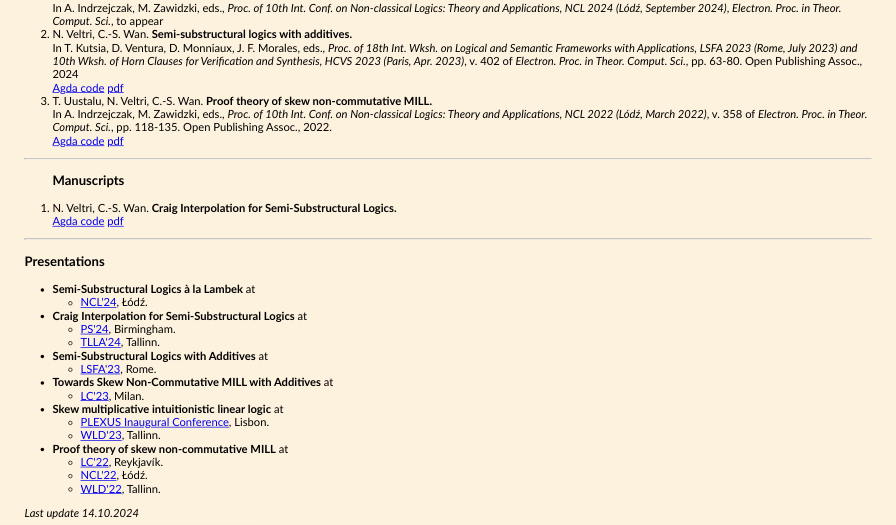
Repository: cswphilo/cswphilo.github.io
Page: index.html
An editor plug-in stored every save of this project. The page is shown before and after the next save, followed by the edit.
The browser window is 1280 px wide. The pictures show the part of the page from y = 784 to 2704 px (the page is 1534 px tall before and 3059 px after), at 70% of full size.

Above is the page before, as saved 2024-10-14 09:02:26.

### index.html
<!DOCTYPE html>

<head>
    <link rel="preconnect" href="https://fonts.googleapis.com">
    <link rel="preconnect" href="https://fonts.gstatic.com" crossorigin>
    <link href="https://fonts.googleapis.com/css2?family=Noto+Sans+Mono&display=swap" rel="stylesheet">
    <style type ="text/css">
        body {
            background-color: #fdf2de;
            font-family: 'Gill Sans', 'Gill Sans MT', Calibri, 'Trebuchet MS', sans-serif, 'Noto Sans Mono';
            font-size: medium;
            margin-left: 35px;
            margin-right: 35px;
        }
        p {
            color:#000000;
        }
    </style>
    <title> Cheng-Syuan Wan </title>
</head>
<body>
    <div><h1><p>Cheng-Syuan Wan</p></h1>
        <img src="avatar3.png" style="width:15%;height:15%;">
    </div>
    <hr/>
    <div>
        I am a PhD student in the <a href="https://cs.ioc.ee/lsg/">Logic and Semantics Group</a> at <a href="https://taltech.ee/en/">Tallinn University of Technology</a>.
        <br/>
        My supervisors are <a href="https://cs.ioc.ee/~tarmo/">Tarmo Uustalu</a> and <a href="https://niccoloveltri.github.io/">Niccolò Veltri</a>.
        <br/>
        Here is my <a href="https://cswphilo.github.io/CV.pdf">CV</a>.
    </div>
    <hr/>
    <div>
        <h3>Contact</h3>
        <table>
            <tr>
                <td><b>Email: </b></td> <td> cswan at cs ioc ee </td>
            </tr>
            <tr>
                <td><b>Address: </b></td> <td>B424, Akadeemia tee 21b, 12618 Tallinn, Estonia</td>
            </tr>
        </table>
    </div>
    <hr/>
    <div>
        <h3>Research Interests</h3>
        I am interested in structural proof theory and its connection with other disciplines.
        <br/>
        In particular, I am now working on
        <ul>
            <li>characterizing proof systems for variants of skew monoidal categories, </li>
            <li>constructing categorical models for variants of multiplicative intuitionistic linear logics, </li>
            <li>formalization of aforementioned proof systems in Agda.</li>
        </ul>
Keywords: <a href="https://en.wikipedia.org/wiki/Curry%E2%80%93Howard_correspondence">Curry-Howard-Lambek correspondence</a>, <a href="https://plato.stanford.edu/entries/proof-theory/#NewLogiCalc">structural proof theory</a>, <a href="https://plato.stanford.edu/entries/logic-intuitionistic/">intuitionistic logic</a>, <a href="https://en.wikipedia.org/wiki/Categorical_logic">categorical logic</a>, <a href="https://plato.stanford.edu/entries/logic-linear/">linear logic</a>, skew monoidal category, <a href="https://agda.readthedocs.io/en/v2.6.2.2/getting-started/what-is-agda.html">Agda</a>
    </div>
    <hr/>
    <div>
        <h3>Publications</h3>
    <ol>
        <li>C.-S. Wan. <b>Semi-substructural logics à la Lambek.</b>
        <br />
            In A. Indrzejczak, M. Zawidzki, eds., <em>Proc. of 10th Int. Conf. on Non-classical Logics: Theory and Applications, NCL 2024 (Lódź, September 2024)</em>, <em>Electron. Proc. in Theor. Comput. Sci.</em>, to appear
        <br />
            <!-- <a href="https://github.com/cswphilo/SkewMonAdd">Agda code</a>
            <a href="https://cgi.cse.unsw.edu.au/~eptcs/paper.cgi?LSFA2023.8.pdf">pdf</a> -->
        </li>
        <li>N. Veltri, C.-S. Wan. <b>Semi-substructural logics with additives.</b>
        <br />
            In T. Kutsia, D. Ventura, D. Monniaux, J. F. Morales, eds., <em>Proc. of 18th Int. Wksh. on Logical and Semantic Frameworks with Applications, LSFA 2023 (Rome, July 2023) and 10th Wksh. of Horn Clauses for Verification and Synthesis, HCVS 2023 (Paris, Apr. 2023)</em>, v. 402 of <em>Electron. Proc. in Theor. Comput. Sci.</em>, pp. 63-80. Open Publishing Assoc., 2024
        <br />
            <a href="https://github.com/cswphilo/SkewMonAdd">Agda code</a>
            <a href="https://cgi.cse.unsw.edu.au/~eptcs/paper.cgi?LSFA2023.8.pdf">pdf</a>
        </li>
        <li>T. Uustalu, N. Veltri, C.-S. Wan. <b>Proof theory of skew non-commutative MILL.</b>
        <br />
            In A. Indrzejczak, M. Zawidzki, eds., <em>Proc. of 10th Int. Conf. on Non-classical Logics: Theory and Applications, NCL 2022 (Lódź, March 2022)</em>, v. 358 of <em>Electron. Proc. in Theor. Comput. Sci.</em>, pp. 118-135. Open Publishing Assoc., 2022.
        <br />
            <a href="https://github.com/niccoloveltri/code-skewmonclosed">Agda code</a>
            <a href="https://cgi.cse.unsw.edu.au/~eptcs/paper.cgi?NCL2022.9.pdf">pdf</a>
        </li>
    </ol>
    </div>
    <hr/>
    <div>
    <ol>
         <h3>Manuscripts</h3>
         <li>N. Veltri, C.-S. Wan. <b>Craig Interpolation for Semi-Substructural Logics.</b>
         <br />
         <a href="https://github.com/niccoloveltri/code-skewmonclosed/tree/interpolation">Agda code</a>
         <a href="https://cswphilo.github.io/papers/skInterpolation.pdf" target="_blank">pdf</a>
         </li>
    </ol>
    </div>
    <hr/>
    <div>
        <h3 id="presentations">Presentations</h3>
        <ul>
           <li><b>Semi-Substructural Logics à la Lambek </b> at
                <ul>
                    <li><a href="https://easychair.org/smart-program/NCL'24/index.html">NCL'24</a>, Łódź. </li>
                </ul>
           <li><b>Craig Interpolation for Semi-Substructural Logics </b> at
                <ul>
                    <li><a href="https://proofsociety2024.com/">PS'24</a>, Birmingham. </li>
                    <li><a href="https://lipn.univ-paris13.fr/TLLA/2024/">TLLA'24</a>, Tallinn. </li>
                </ul>
           <li><b>Semi-Substructural Logics with Additives</b> at
                <ul>
                    <li><a href="https://sites.google.com/ufg.br/lsfa2023/">LSFA'23</a>, Rome. </li>
                </ul>
           <li><b>Towards Skew Non-Commutative MILL with Additives</b> at
            <ul>
                <li><a href="https://lc2023.unimi.it/">LC'23</a>, Milan. </li>
            </ul>
           <li><b>Skew multiplicative intuitionistic linear logic</b> at
            <ul>
                <li><a href="https://cful.letras.ulisboa.pt/lancog/events/plexus-inaugural-conference-24-27-may-2023/">PLEXUS Inaugural Conference</a>, Lisbon. </li>
                <li><a href="https://cs.ioc.ee/lsg/wld23/">WLD'23</a>, Tallinn. </li>
            </ul>
           </li>
           <li><b>Proof theory of skew non-commutative MILL</b> at
            <ul>
                <li><a href="http://icetcs.ru.is/lc2022/">LC'22</a>, Reykjavík. </li>
                <li><a href="https://easychair.org/smart-program/NCL'22/">NCL'22</a>, Łódź. </li>
                <li><a href="https://cs.ioc.ee/lsg/wld22/">WLD'22</a>, Tallinn. </li>
            </ul>
        </li>
        </ul>
    </div>
    <address>
        Last update 14.10.2024
    </address>
</body>

After the next save:
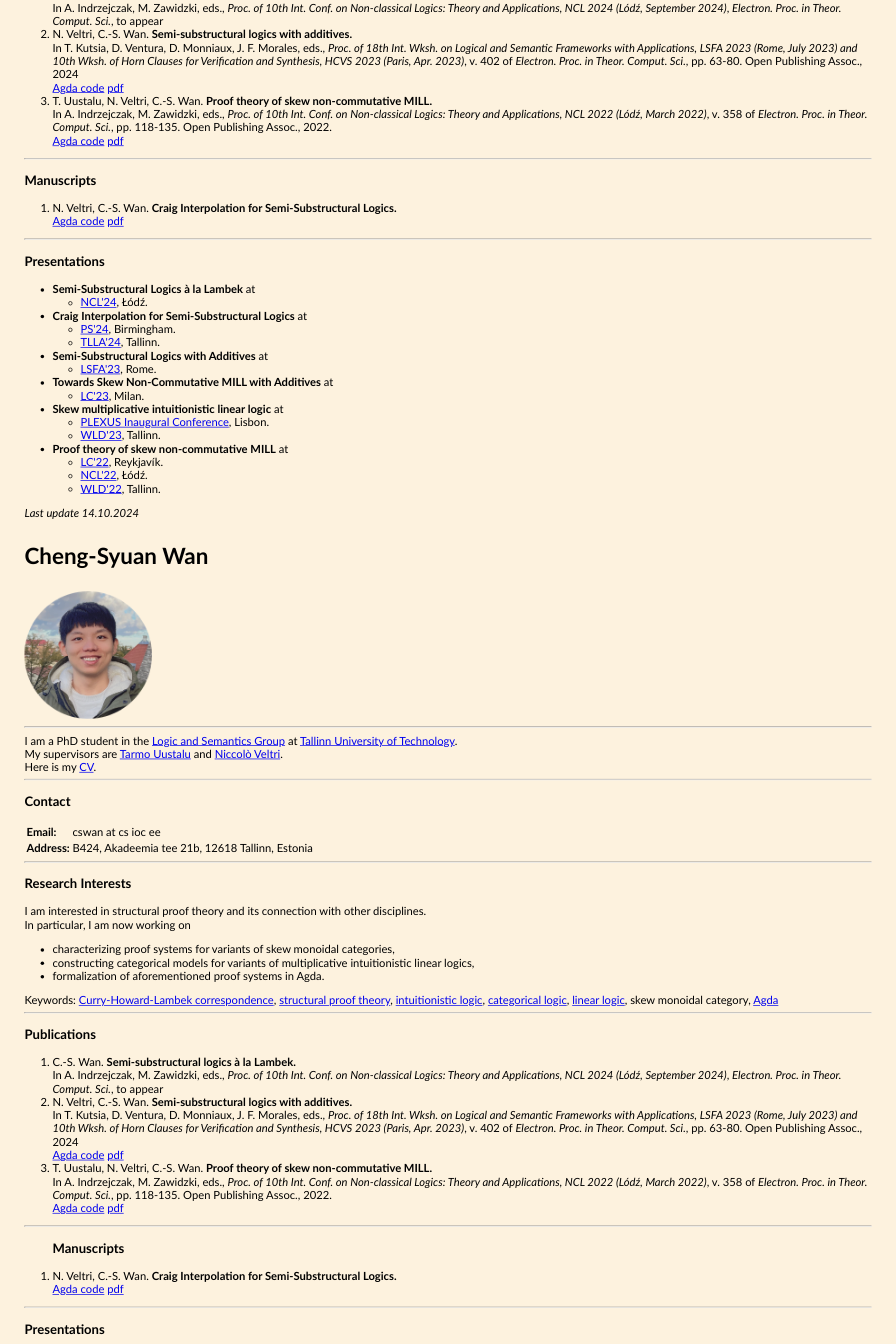
Saved 14 min 35 s later.
--- a/index.html
+++ b/index.html
@@ -84,6 +84,141 @@
     </div>
     <hr/>
     <div>
+        <h3>Manuscripts</h3>
+    <ol>
+        <li>N. Veltri, C.-S. Wan. <b>Craig Interpolation for Semi-Substructural Logics.</b>
+        <br />
+        <a href="https://github.com/niccoloveltri/code-skewmonclosed/tree/interpolation">Agda code</a>
+        <a href="https://cswphilo.github.io/papers/skInterpolation.pdf" target="_blank">pdf</a>
+        </li>
+    </ol>
+    </div>
+    <hr/>
+    <div>
+        <h3 id="presentations">Presentations</h3>
+        <ul>
+           <li><b>Semi-Substructural Logics à la Lambek </b> at
+                <ul>
+                    <li><a href="https://easychair.org/smart-program/NCL'24/index.html">NCL'24</a>, Łódź. </li>
+                </ul>
+           <li><b>Craig Interpolation for Semi-Substructural Logics </b> at
+                <ul>
+                    <li><a href="https://proofsociety2024.com/">PS'24</a>, Birmingham. </li>
+                    <li><a href="https://lipn.univ-paris13.fr/TLLA/2024/">TLLA'24</a>, Tallinn. </li>
+                </ul>
+           <li><b>Semi-Substructural Logics with Additives</b> at
+                <ul>
+                    <li><a href="https://sites.google.com/ufg.br/lsfa2023/">LSFA'23</a>, Rome. </li>
+                </ul>
+           <li><b>Towards Skew Non-Commutative MILL with Additives</b> at
+            <ul>
+                <li><a href="https://lc2023.unimi.it/">LC'23</a>, Milan. </li>
+            </ul>
+           <li><b>Skew multiplicative intuitionistic linear logic</b> at
+            <ul>
+                <li><a href="https://cful.letras.ulisboa.pt/lancog/events/plexus-inaugural-conference-24-27-may-2023/">PLEXUS Inaugural Conference</a>, Lisbon. </li>
+                <li><a href="https://cs.ioc.ee/lsg/wld23/">WLD'23</a>, Tallinn. </li>
+            </ul>
+           </li>
+           <li><b>Proof theory of skew non-commutative MILL</b> at
+            <ul>
+                <li><a href="http://icetcs.ru.is/lc2022/">LC'22</a>, Reykjavík. </li>
+                <li><a href="https://easychair.org/smart-program/NCL'22/">NCL'22</a>, Łódź. </li>
+                <li><a href="https://cs.ioc.ee/lsg/wld22/">WLD'22</a>, Tallinn. </li>
+            </ul>
+        </li>
+        </ul>
+    </div>
+    <address>
+        Last update 14.10.2024
+    </address>
+</body>
+<!DOCTYPE html>
+
+<head>
+    <link rel="preconnect" href="https://fonts.googleapis.com">
+    <link rel="preconnect" href="https://fonts.gstatic.com" crossorigin>
+    <link href="https://fonts.googleapis.com/css2?family=Noto+Sans+Mono&display=swap" rel="stylesheet">
+    <style type ="text/css">
+        body {
+            background-color: #fdf2de;
+            font-family: 'Gill Sans', 'Gill Sans MT', Calibri, 'Trebuchet MS', sans-serif, 'Noto Sans Mono';
+            font-size: medium;
+            margin-left: 35px;
+            margin-right: 35px;
+        }
+        p {
+            color:#000000;
+        }
+    </style>
+    <title> Cheng-Syuan Wan </title>
+</head>
+<body>
+    <div><h1><p>Cheng-Syuan Wan</p></h1>
+        <img src="avatar3.png" style="width:15%;height:15%;">
+    </div>
+    <hr/>
+    <div>
+        I am a PhD student in the <a href="https://cs.ioc.ee/lsg/">Logic and Semantics Group</a> at <a href="https://taltech.ee/en/">Tallinn University of Technology</a>.
+        <br/>
+        My supervisors are <a href="https://cs.ioc.ee/~tarmo/">Tarmo Uustalu</a> and <a href="https://niccoloveltri.github.io/">Niccolò Veltri</a>.
+        <br/>
+        Here is my <a href="https://cswphilo.github.io/CV.pdf">CV</a>.
+    </div>
+    <hr/>
+    <div>
+        <h3>Contact</h3>
+        <table>
+            <tr>
+                <td><b>Email: </b></td> <td> cswan at cs ioc ee </td>
+            </tr>
+            <tr>
+                <td><b>Address: </b></td> <td>B424, Akadeemia tee 21b, 12618 Tallinn, Estonia</td>
+            </tr>
+        </table>
+    </div>
+    <hr/>
+    <div>
+        <h3>Research Interests</h3>
+        I am interested in structural proof theory and its connection with other disciplines.
+        <br/>
+        In particular, I am now working on
+        <ul>
+            <li>characterizing proof systems for variants of skew monoidal categories, </li>
+            <li>constructing categorical models for variants of multiplicative intuitionistic linear logics, </li>
+            <li>formalization of aforementioned proof systems in Agda.</li>
+        </ul>
+Keywords: <a href="https://en.wikipedia.org/wiki/Curry%E2%80%93Howard_correspondence">Curry-Howard-Lambek correspondence</a>, <a href="https://plato.stanford.edu/entries/proof-theory/#NewLogiCalc">structural proof theory</a>, <a href="https://plato.stanford.edu/entries/logic-intuitionistic/">intuitionistic logic</a>, <a href="https://en.wikipedia.org/wiki/Categorical_logic">categorical logic</a>, <a href="https://plato.stanford.edu/entries/logic-linear/">linear logic</a>, skew monoidal category, <a href="https://agda.readthedocs.io/en/v2.6.2.2/getting-started/what-is-agda.html">Agda</a>
+    </div>
+    <hr/>
+    <div>
+        <h3>Publications</h3>
+    <ol>
+        <li>C.-S. Wan. <b>Semi-substructural logics à la Lambek.</b>
+        <br />
+            In A. Indrzejczak, M. Zawidzki, eds., <em>Proc. of 10th Int. Conf. on Non-classical Logics: Theory and Applications, NCL 2024 (Lódź, September 2024)</em>, <em>Electron. Proc. in Theor. Comput. Sci.</em>, to appear
+        <br />
+            <!-- <a href="https://github.com/cswphilo/SkewMonAdd">Agda code</a>
+            <a href="https://cgi.cse.unsw.edu.au/~eptcs/paper.cgi?LSFA2023.8.pdf">pdf</a> -->
+        </li>
+        <li>N. Veltri, C.-S. Wan. <b>Semi-substructural logics with additives.</b>
+        <br />
+            In T. Kutsia, D. Ventura, D. Monniaux, J. F. Morales, eds., <em>Proc. of 18th Int. Wksh. on Logical and Semantic Frameworks with Applications, LSFA 2023 (Rome, July 2023) and 10th Wksh. of Horn Clauses for Verification and Synthesis, HCVS 2023 (Paris, Apr. 2023)</em>, v. 402 of <em>Electron. Proc. in Theor. Comput. Sci.</em>, pp. 63-80. Open Publishing Assoc., 2024
+        <br />
+            <a href="https://github.com/cswphilo/SkewMonAdd">Agda code</a>
+            <a href="https://cgi.cse.unsw.edu.au/~eptcs/paper.cgi?LSFA2023.8.pdf">pdf</a>
+        </li>
+        <li>T. Uustalu, N. Veltri, C.-S. Wan. <b>Proof theory of skew non-commutative MILL.</b>
+        <br />
+            In A. Indrzejczak, M. Zawidzki, eds., <em>Proc. of 10th Int. Conf. on Non-classical Logics: Theory and Applications, NCL 2022 (Lódź, March 2022)</em>, v. 358 of <em>Electron. Proc. in Theor. Comput. Sci.</em>, pp. 118-135. Open Publishing Assoc., 2022.
+        <br />
+            <a href="https://github.com/niccoloveltri/code-skewmonclosed">Agda code</a>
+            <a href="https://cgi.cse.unsw.edu.au/~eptcs/paper.cgi?NCL2022.9.pdf">pdf</a>
+        </li>
+    </ol>
+    </div>
+    <hr/>
+    <div>
     <ol>
          <h3>Manuscripts</h3>
          <li>N. Veltri, C.-S. Wan. <b>Craig Interpolation for Semi-Substructural Logics.</b>
